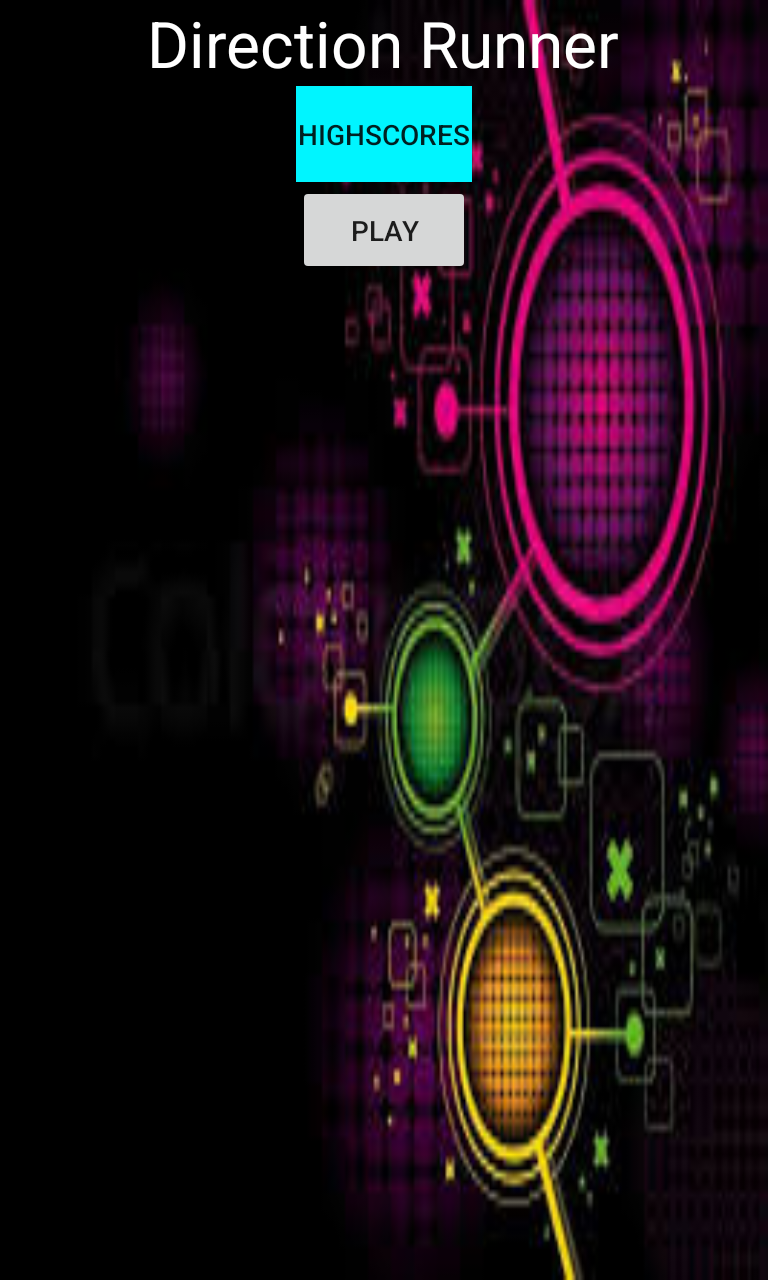
Repository: RedJaVa68/DirectionRunner
Layout: DirectionRunner/res/layout/activity_main.xml
The author's editor kept a copy of each file at every save. The layout is drawn from the files as they stood at one save, then again after the next save.
It is drawn on a 768 x 1280 px phone screen (xhdpi) without system bars, with theme AppTheme; the app's code is not run.

Above is the layout before, as saved 2015-05-06 01:09:49.

After the next save:
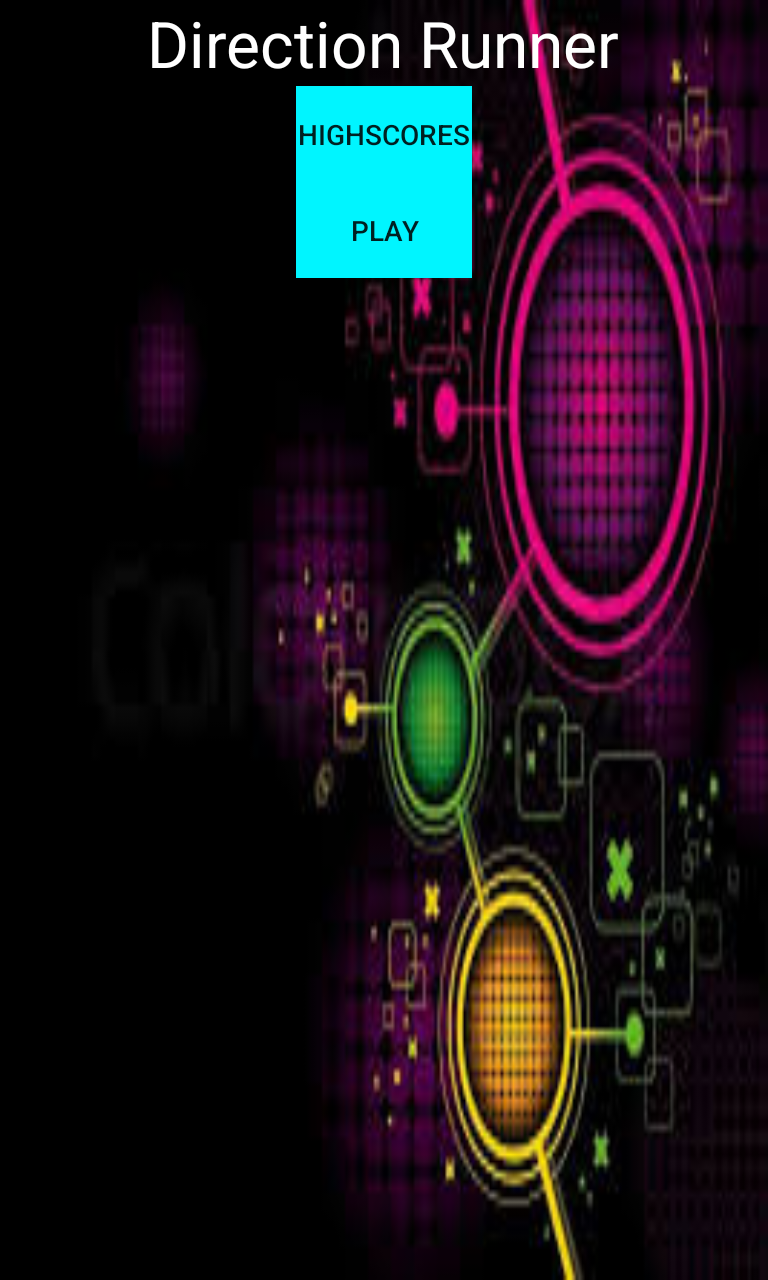
Saved 12 s later.
--- a/DirectionRunner/res/layout/activity_main.xml
+++ b/DirectionRunner/res/layout/activity_main.xml
@@ -23,6 +23,7 @@
         android:id="@+id/playButton"
         android:layout_width="wrap_content"
         android:layout_height="wrap_content"
+        android:background="#00F5FF"
         android:text="Play" />
 
 </LinearLayout>
